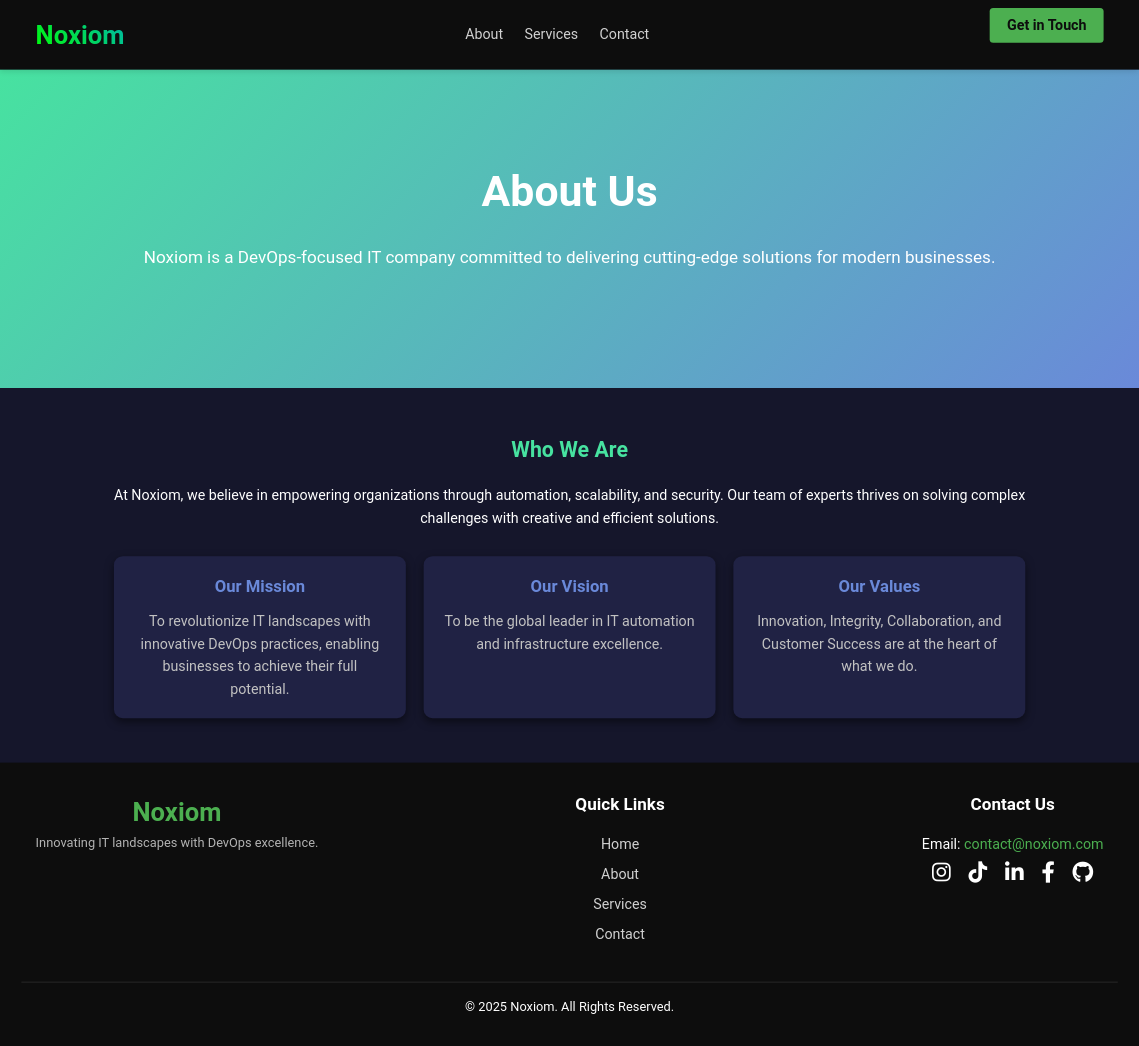
Repository: samoshi/samoshi.github.io
Page: about.html
An editor plug-in stored every save of this project. The page is shown before and after the next save, followed by the edit.
The browser window is 1280 px wide. The pictures show the whole page, at 89% of full size.

Above is the page before, as saved 2024-12-10 17:14:53.

After the next save:
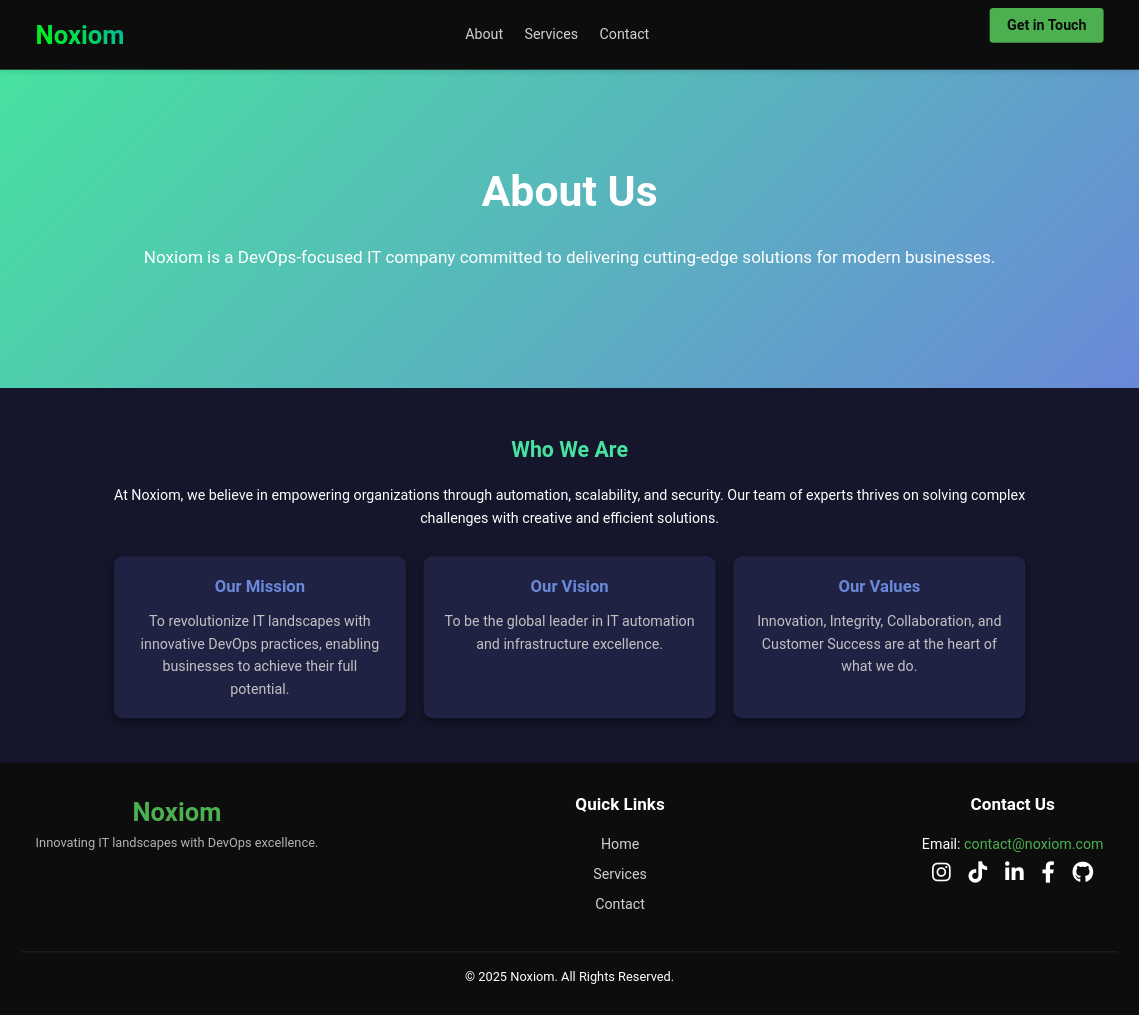
Saved 5 s later.
--- a/about.html
+++ b/about.html
@@ -72,12 +72,28 @@
     </main>
     <div id="footer"></div>
     <script>
+      // Fetch the footer and insert it into the page
       fetch("footer.html")
         .then((response) => response.text())
         .then((data) => {
+          // Insert the fetched footer into the page
           document.getElementById("footer").innerHTML = data;
+
+          // Get the current page file name
+          const currentPage = window.location.pathname.split("/").pop();
+
+          // Select all quick links in the footer
+          const quickLinks = document.querySelectorAll(".footer-links ul li a");
+
+          // Hide the link that matches the current page
+          quickLinks.forEach((link) => {
+            if (link.getAttribute("href") === currentPage) {
+              link.parentElement.style.display = "none"; // Hide the list item
+            }
+          });
         })
         .catch((error) => console.error("Error loading footer:", error));
     </script>
+
   </body>
 </html>
